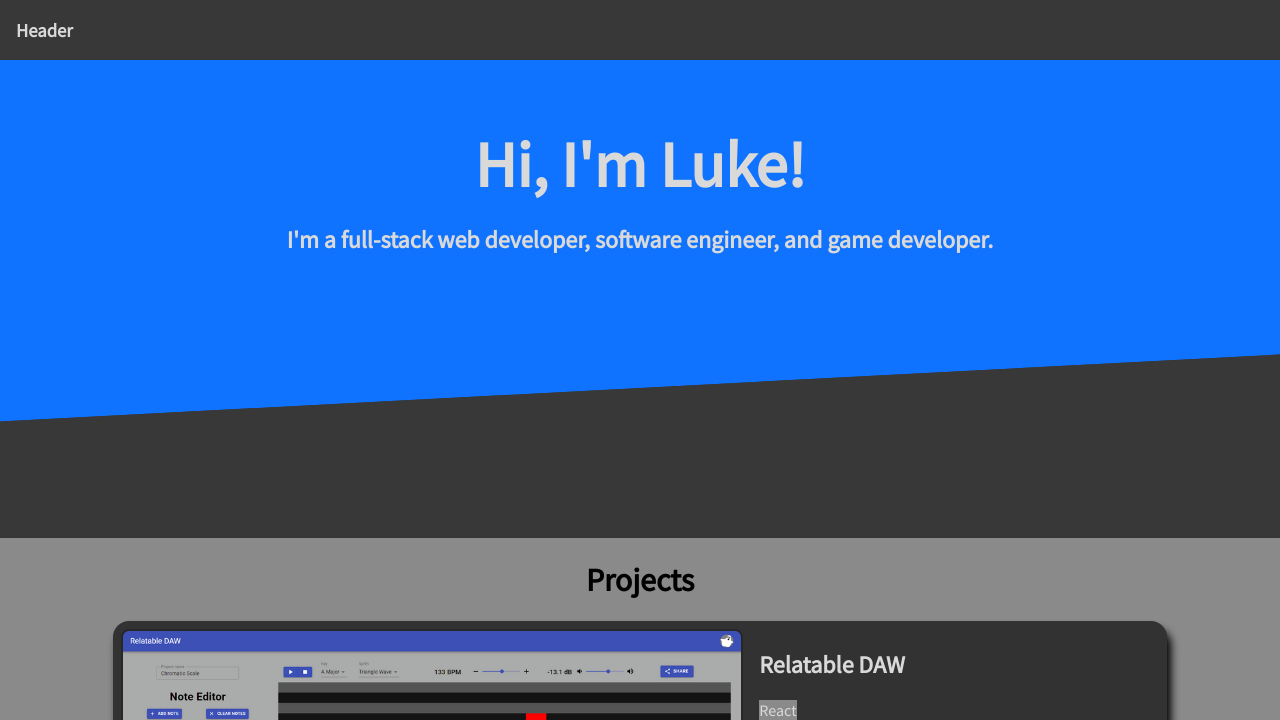
Repository: lbodwell/Personal-Website
Page: index.html
These files come from the project's save history. The page is drawn as it stood at one moment and after the next save; the edit follows.
The browser window is 1280 px wide. The pictures show the whole page.
An inner scrolling area shows only its first screen.

Above is the page before, as saved 2022-04-04 19:33:41.

After the next save:
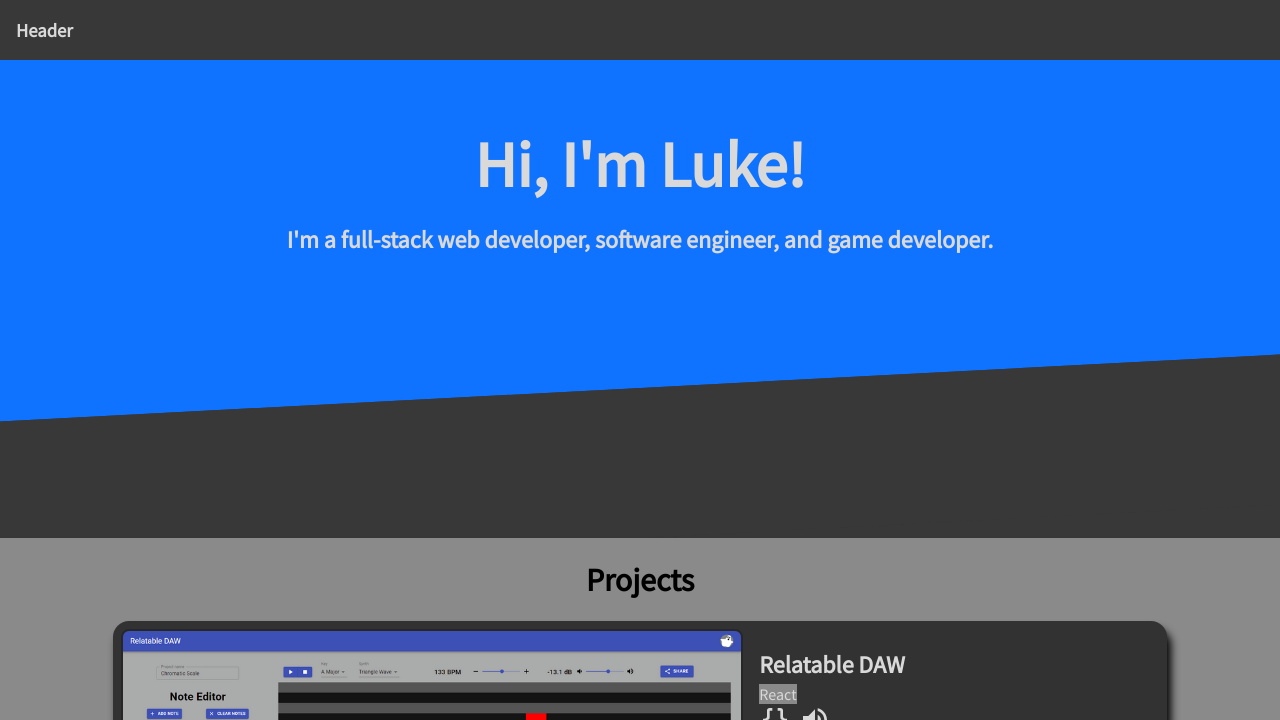
Saved 7 s later.
--- a/styles.css
+++ b/styles.css
@@ -102,7 +102,7 @@ content {
 }
 
 .project-title > h2 {
-    margin: ;
+    margin-bottom: 4px;
 }
 
 .project-types {
